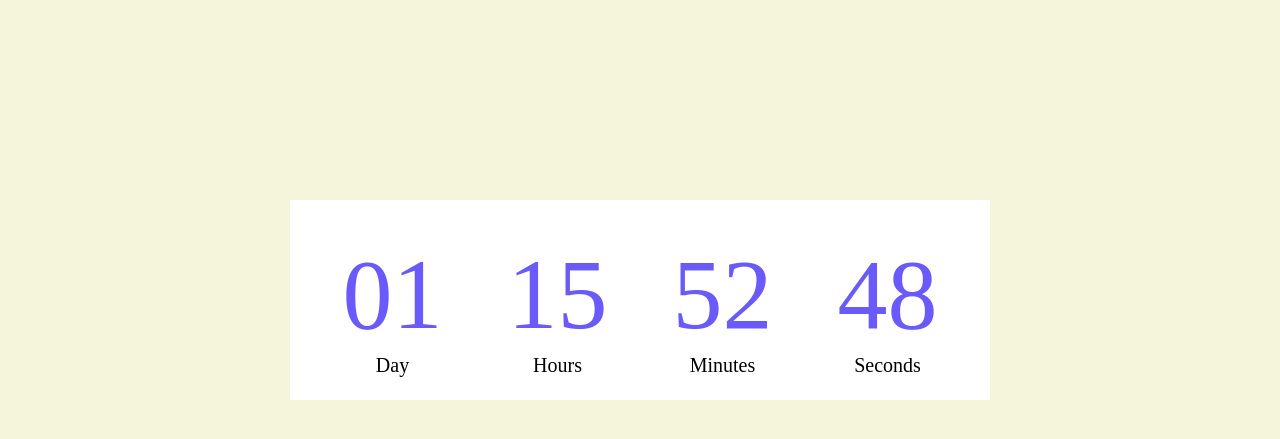
Repository: tienbkvn0605/counddown-demo
Page: index.html
The author's editor kept a copy of each file at every save. The page is drawn from the files as they stood at one save, then again after the next save.
The browser window is 1280 px wide. The pictures show the whole page.

Above is the page before, as saved 2022-10-05 00:12:15.

After the next save:
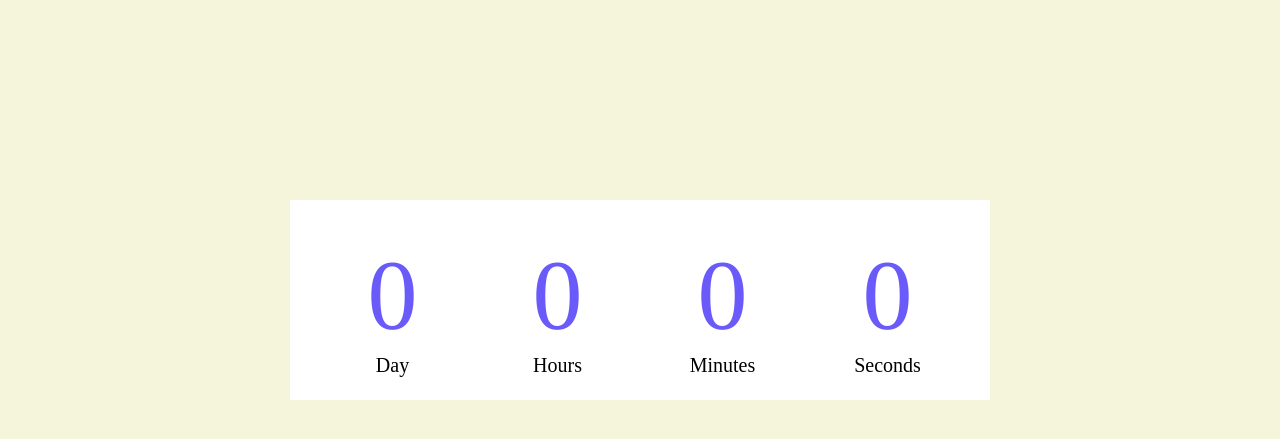
Saved 5 min 16 s later.
--- a/app.js
+++ b/app.js
@@ -7,10 +7,12 @@
   //Tue Oct 06 2022 23:33:35 GMT+0900 (Japan Standard Time)
 
   function countDown(date) {
+    const endDate = new Date(date).getTime();
+    const currentDate = new Date().getTime();
+    if (isNaN(endDate) || endDate - currentDate <= 0) return;
     let day, hour, minute, second;
     const now = new Date();
     const startDate = now.getTime();
-    const endDate = new Date(date).getTime();
     let timeRemaning = parseInt((endDate - startDate) / 1000); //miliseconds to seconds
     if (timeRemaning > 0) {
       // 1 day = 24 * 60 * 60 = 86400 seconds
@@ -30,7 +32,7 @@
       return;
     }
   }
-  setInterval(function () {
-    countDown("Wed Oct 07 2022 00:08:58 GMT+0900 (Japan Standard Time)");
-  }, 1000);
+  //   setInterval(function () {
+  //     countDown("Wed Oct 07 2022 00:08:58 GMT+0900 (Japan Standard Time)");
+  //   }, 1000);
 });

After the 3 saves that followed:
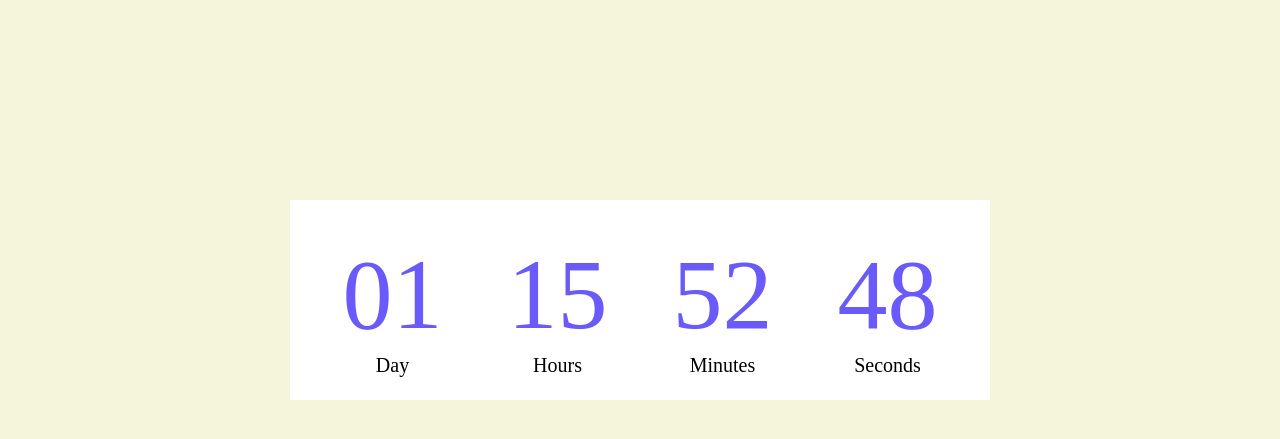
The 3 saves are shown as one change because 2 left the picture as it was.
The last was saved 58 s later.
--- a/app.js
+++ b/app.js
@@ -10,29 +10,31 @@
     const endDate = new Date(date).getTime();
     const currentDate = new Date().getTime();
     if (isNaN(endDate) || endDate - currentDate <= 0) return;
-    let day, hour, minute, second;
-    const now = new Date();
-    const startDate = now.getTime();
-    let timeRemaning = parseInt((endDate - startDate) / 1000); //miliseconds to seconds
-    if (timeRemaning > 0) {
-      // 1 day = 24 * 60 * 60 = 86400 seconds
-      day = parseInt(timeRemaning / 86400);
-      timeRemaning = timeRemaning % 86400;
-      //1 hour = 60 * 60
-      hour = parseInt(timeRemaning / 3600);
-      timeRemaning = timeRemaning % 3600;
-      minute = parseInt(timeRemaning / 60);
-      timeRemaning = timeRemaning % 60;
-      second = parseInt(timeRemaning);
-      daysTimer.textContent = `0${day}`.slice(-2);
-      hoursTimer.textContent = `0${hour}`.slice(-2);
-      minutesTimer.textContent = `0${minute}`.slice(-2);
-      secondsTimer.textContent = `0${second}`.slice(-2);
-    } else {
-      return;
-    }
+    setInterval(function () {
+      let day, hour, minute, second;
+      const now = new Date();
+      const startDate = now.getTime();
+      let timeRemaning = parseInt((endDate - startDate) / 1000); //miliseconds to seconds
+      if (timeRemaning > 0) {
+        // 1 day = 24 * 60 * 60 = 86400 seconds
+        day = parseInt(timeRemaning / 86400);
+        timeRemaning = timeRemaning % 86400;
+        //1 hour = 60 * 60
+        hour = parseInt(timeRemaning / 3600);
+        timeRemaning = timeRemaning % 3600;
+        minute = parseInt(timeRemaning / 60);
+        timeRemaning = timeRemaning % 60;
+        second = parseInt(timeRemaning);
+        daysTimer.textContent = `0${day}`.slice(-2);
+        hoursTimer.textContent = `0${hour}`.slice(-2);
+        minutesTimer.textContent = `0${minute}`.slice(-2);
+        secondsTimer.textContent = `0${second}`.slice(-2);
+      } else {
+        return;
+      }
+    }, 1000);
   }
   //   setInterval(function () {
-  //     countDown("Wed Oct 07 2022 00:08:58 GMT+0900 (Japan Standard Time)");
+  countDown("Wed Oct 07 2022 00:08:58 GMT+0900 (Japan Standard Time)");
   //   }, 1000);
 });
